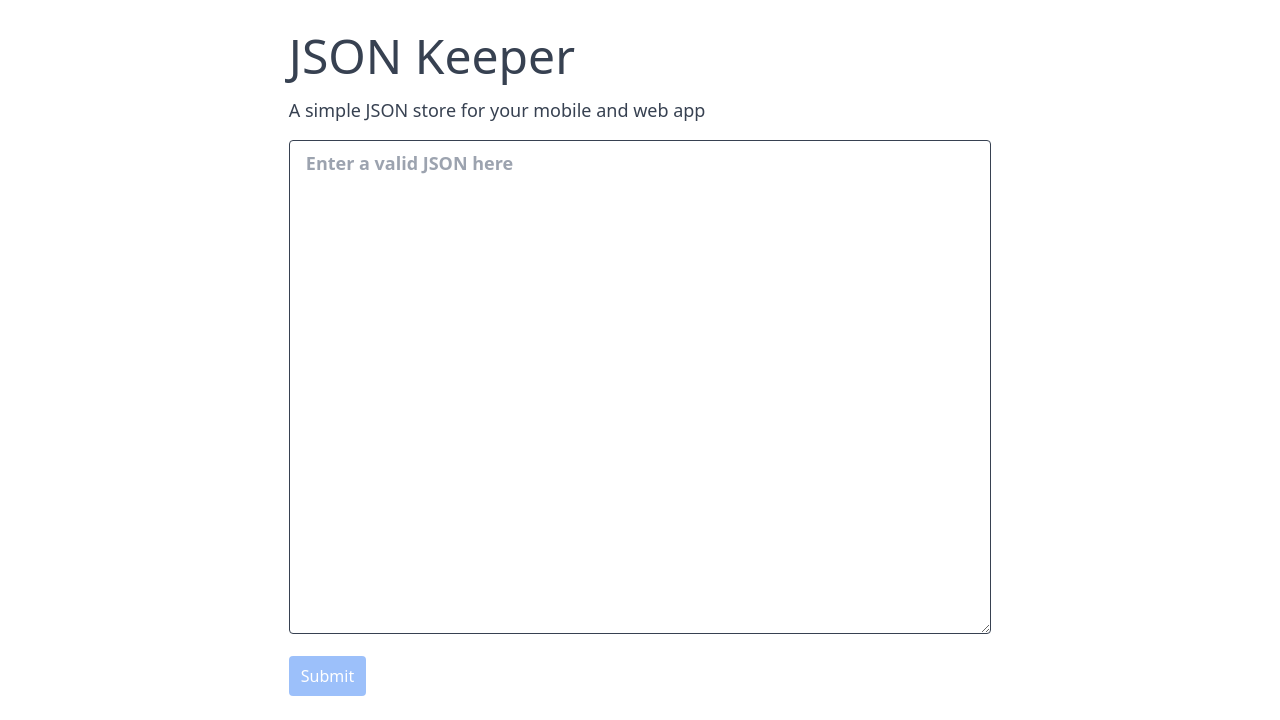
Repository: lakshithapramodya/jsonhub
Page: / (app in client/)
These files come from the project's save history. The page is drawn as it stood at one moment and after the next save; the edit follows.
The browser window is 1280 px wide. The pictures show the whole page.
The page's requests for data from a server got no answer. The project was rebuilt for these pictures with package versions that can differ from the ones it lists, and the page was loaded fresh each time. No one was signed in, and anything a server would have sent is missing. Also part of the build but not shown: client/src/HandleJsonData.js.

Above is the page before, as saved 2023-05-10 12:35:10.

### client/src/index.js
import React from "react";
import ReactDOM from "react-dom/client";
import "./index.css";
import App from "./App";
import { BrowserRouter, Route, Routes } from "react-router-dom";
import HandleJsonData from "./HandleJsonData";

const root = ReactDOM.createRoot(document.getElementById("root"));
root.render(
  <React.StrictMode>
    <BrowserRouter>
      <Routes>
        <Route path="/" element={<App />} />
        <Route path=":url" element={<HandleJsonData />} />
      </Routes>
    </BrowserRouter>
  </React.StrictMode>
);

### client/src/App.js
import { useState } from "react";
import { SERVER_ENDPOINT } from "./config/Default";
import axios from "axios";

function App() {
  const [input, setInput] = useState([]);
  const [url, setUrl] = useState("");

  const sendRequest = async () => {
    const res = await axios
      .post(`${SERVER_ENDPOINT}/api/json`, {
        text: input,
      })
      .then()
      .catch((err) => console.log(err));
    const data = res.data;
    return data;
  };

  const handleSubmit = (e) => {
    e.preventDefault();
    sendRequest().then((res) => {
      console.log(res.url);
      res && setInput([]);
      setUrl(res.url);
    });
  };

  function isJsonString(str) {
    try {
      JSON.parse(str);
    } catch (e) {
      return false;
    }
    return true;
  }

  return (
    <div className="min-w-full min-h-screen flex flex-col">
      {url && (
        <a href={`${SERVER_ENDPOINT}/${url}`}>{`${SERVER_ENDPOINT}/${url}`}</a>
      )}
      <div className="flex flex-col mx-auto mt-8 w-full sm:w-[80%] md:w-[70%] lg:w-[58%] items-center justify-center">
        <form onSubmit={handleSubmit} className="w-full space-y-4 px-5">
          <h1 className="text-5xl font-semibod text-gray-700">JSON Keeper</h1>
          <p className="text-gray-700 text-lg">
            A simple JSON store for your mobile and web app
          </p>
          <textarea
            placeholder="Enter a valid JSON here"
            onChange={(e) => setInput(e.target.value)}
            value={input}
            rows={17}
            className={`border border-gray-700 w-full rounded p-2 px-4 text-lg font-semibold focus:outline-none`}
          />
          <button
            className="bg-blue-500 p-2 px-3 rounded text-white disabled:opacity-50"
            disabled={!isJsonString(input)}
            type="submit"
          >
            Submit
          </button>
        </form>
      </div>
    </div>
  );
}

export default App;

### client/src/config/Default.js
export const SERVER_ENDPOINT =
  process.env.REACT_APP_SERVER_ENDPOINT || "http://localhost:5000";

Loaded but not shown: client/public/index.html (common file); client/src/index.css (common file); client/tailwind.config.js (common file)

After the next save:
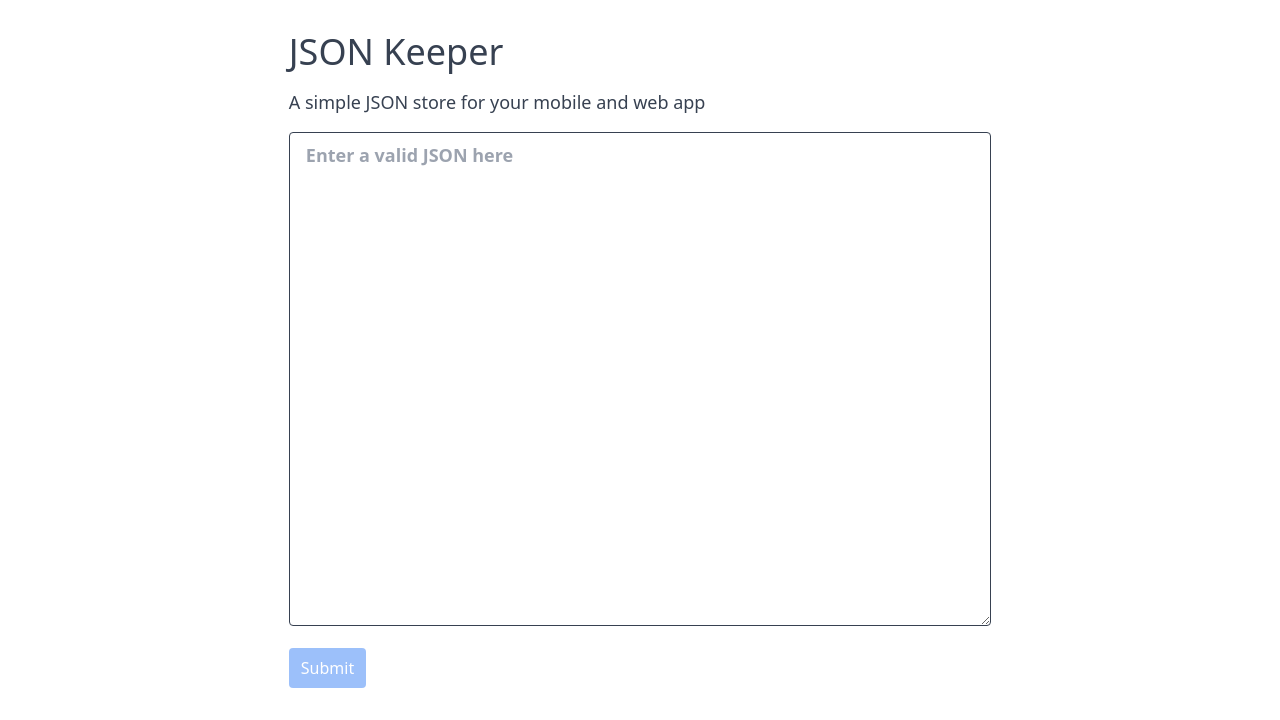
Saved 5 s later.
--- a/client/src/App.js
+++ b/client/src/App.js
@@ -42,7 +42,7 @@ function App() {
       )}
       <div className="flex flex-col mx-auto mt-8 w-full sm:w-[80%] md:w-[70%] lg:w-[58%] items-center justify-center">
         <form onSubmit={handleSubmit} className="w-full space-y-4 px-5">
-          <h1 className="text-5xl font-semibod text-gray-700">JSON Keeper</h1>
+          <h1 className="text-4xl font-semibod text-gray-700">JSON Keeper</h1>
           <p className="text-gray-700 text-lg">
             A simple JSON store for your mobile and web app
           </p>
